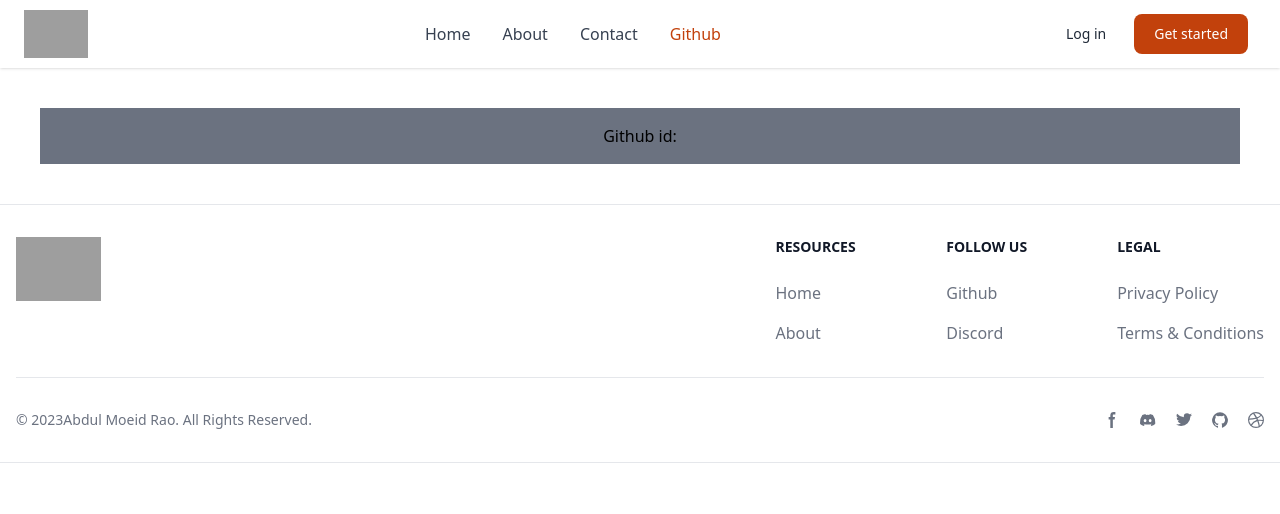
Repository: Abdul-Moeid-Rao/React-Projects
Page: /github (app in 07routerproject/)
The author's editor kept a copy of each file at every save. The page is drawn from the files as they stood at one save, then again after the next save.
The browser window is 1280 px wide. The pictures show the whole page.
Pictures or frames that could not be fetched are drawn as grey boxes. The project was rebuilt for these pictures with package versions that can differ from the ones it lists, and the page was loaded fresh each time. Also part of the build but not shown: 07routerproject/vite.config.js, 07routerproject/src/Components/Home/Home.jsx, 07routerproject/src/Components/About/About.jsx, 07routerproject/src/Components/Contact/Contact.jsx, 07routerproject/src/Components/User/User.jsx.

Above is the page before, as saved 2024-07-18 22:07:57.

### 07routerproject/src/main.jsx
import React from 'react'
import ReactDOM from 'react-dom/client'
import App from './App.jsx'
import './index.css'
import { createBrowserRouter, RouterProvider } from 'react-router-dom'
import Home from './Components/Home/Home.jsx'
import About from './Components/About/About.jsx'
import Contact from './Components/Contact/Contact.jsx'
import User from './Components/User/User.jsx'
import Github from './Components/Github/Github.jsx'

const router = createBrowserRouter([
  {
    path: '/',
    element: <App />,
    children: [
      {
        path: '',
        element: <Home />
      },
      {
        path: 'about',
        element: <About />
      },
      {
        path: 'contact',
        element: <Contact />
      },
      {
        path: 'user/:id',
        element: <User />
      },
      {
        path: '/github',
        element: <Github />
      }
    ]
  }
])

// const router = createBrowserRouter(
//   createRoutesFromElements(
//     <Router path ='/' element={<App />}>
//       <Router path='' element={<Home /> } />
//       <Router path='about' element={<About /> } />
//       <Router path='contact' element={<Contact /> } />

//     </Router>
//   )
// )

ReactDOM.createRoot(document.getElementById('root')).render(
  <React.StrictMode>
   <RouterProvider router={router}/>
  </React.StrictMode>,
)

### 07routerproject/src/App.jsx
// eslint-disable-next-line no-unused-vars
import React from 'react'
import Header from './Components/Header/Header'
import Footer from './Components/Footer/Footer'
import { Outlet } from 'react-router-dom'

function App() {


  return (
    <>
       <Header />
       <Outlet />
       <Footer />

    </>
  )
}

export default App

### 07routerproject/src/Components/Github/Github.jsx
// eslint-disable-next-line no-unused-vars
import React from 'react'

function Github() {
    return (
        <div className=' bg-gray-500 p-4 m-10 justify-center text-center'>Github id:</div>
    )
}

export default Github

### 07routerproject/src/Components/Header/Header.jsx
// eslint-disable-next-line no-unused-vars
import React from 'react'
import {Link, NavLink} from 'react-router-dom'

export default function Header() {
    return (
        <header className="shadow sticky z-50 top-0">
            <nav className="bg-white border-gray-200 px-4 lg:px-6 py-2.5">
                <div className="flex flex-wrap justify-between items-center mx-auto max-w-screen-xl">
                    <Link to="/" className="flex items-center">
                        <img
                            src="https://alexharkness.com/wp-content/uploads/2020/06/logo-2.png"
                            className="mr-3 h-12"
                            alt="Logo"
                        />
                    </Link>
                    <div className="flex items-center lg:order-2">
                        <Link
                            to="#"
                            className="text-gray-800 hover:bg-gray-50 focus:ring-4 focus:ring-gray-300 font-medium rounded-lg text-sm px-4 lg:px-5 py-2 lg:py-2.5 mr-2 focus:outline-none"
                        >
                            Log in
                        </Link>
                        <Link
                            to="#"
                            className="text-white bg-orange-700 hover:bg-orange-800 focus:ring-4 focus:ring-orange-300 font-medium rounded-lg text-sm px-4 lg:px-5 py-2 lg:py-2.5 mr-2 focus:outline-none"
                        >
                            Get started
                        </Link>
                    </div>
                    <div
                        className="hidden justify-between items-center w-full lg:flex lg:w-auto lg:order-1"
                        id="mobile-menu-2"
                    >
                        <ul className="flex flex-col mt-4 font-medium lg:flex-row lg:space-x-8 lg:mt-0">
                            <li>
                                <NavLink
                                    to="/"
                                    className={({ isActive }) =>
                                        `block py-2 pr-4 pl-3 duration-200
                                        ${isActive ?
                                            "text-orange-700" :
                                            "text-gray-700"
                                        } border-b border-gray-100 hover:bg-gray-50 lg:hover:bg-transparent lg:border-0 hover:text-orange-700 lg:p-0`
                                    }
                                >
                                    Home
                                </NavLink>
                            </li>
                            <li>
                                <NavLink
                                    to="/about"
                                    className={({ isActive }) =>
                                        `block py-2 pr-4 pl-3 duration-200
                                        ${isActive ?
                                            "text-orange-700" :
                                            "text-gray-700"
                                        } border-b border-gray-100 hover:bg-gray-50 lg:hover:bg-transparent lg:border-0 hover:text-orange-700 lg:p-0`
                                    }
                                >
                                    About
                                </NavLink>
                            </li>
                            <li>
                                <NavLink
                                    to="/contact"
                                    className={({ isActive }) =>
                                        `block py-2 pr-4 pl-3 duration-200
                                        ${isActive ?
                                            "text-orange-700" :
                                            "text-gray-700"
                                        } border-b border-gray-100 hover:bg-gray-50 lg:hover:bg-transparent lg:border-0 hover:text-orange-700 lg:p-0`
                                    }
                                >
                                    Contact
                                </NavLink>
                            </li>
                            <li>
                                <NavLink
                                    to="/github"
                                    className={({ isActive }) =>
                                        `block py-2 pr-4 pl-3 duration-200
                                        ${isActive ?
                                            "text-orange-700" :
                                            "text-gray-700"
                                        } border-b border-gray-100 hover:bg-gray-50 lg:hover:bg-transparent lg:border-0 hover:text-orange-700 lg:p-0`
                                    }
                                >
                                    Github
                                </NavLink>
                            </li>
                        </ul>
                    </div>
                </div>
            </nav>
        </header>
    );
}

### 07routerproject/src/Components/Footer/Footer.jsx
// eslint-disable-next-line no-unused-vars
import React from 'react'
import {Link} from 'react-router-dom'

export default function Footer() {
    return (
        <footer className="bg-white border-y">
            <div className="mx-auto w-full max-w-screen-xl p-4 py-6 lg:py-8">
                <div className="md:flex md:justify-between">
                    <div className="mb-6 md:mb-0">
                        <Link to="/" className="flex items-center">
                            <img
                                src="https://alexharkness.com/wp-content/uploads/2020/06/logo-2.png"
                                className="mr-3 h-16"
                                alt="Logo"
                            />
                        </Link>
                    </div>
                    <div className="grid grid-cols-2 gap-8 sm:gap-6 sm:grid-cols-3">
                        <div>
                            <h2 className="mb-6 text-sm font-semibold text-gray-900 uppercase">Resources</h2>
                            <ul className="text-gray-500 font-medium">
                                <li className="mb-4">
                                    <Link to="/" className="hover:underline">
                                        Home
                                    </Link>
                                </li>
                                <li>
                                    <Link to="/about" className="hover:underline">
                                        About
                                    </Link>
                                </li>
                            </ul>
                        </div>
                        <div>
                            <h2 className="mb-6 text-sm font-semibold text-gray-900 uppercase">Follow us</h2>
                            <ul className="text-gray-500 font-medium">
                                <li className="mb-4">
                                    <a
                                        href="https://github.com/hiteshchoudhary"
                                        className="hover:underline"
                                        target="_blank"
                                        rel="noreferrer"
                                    >
                                        Github
                                    </a>
                                </li>
                                <li>
                                    <Link to="/" className="hover:underline">
                                        Discord
                                    </Link>
                                </li>
                            </ul>
                        </div>
                        <div>
                            <h2 className="mb-6 text-sm font-semibold text-gray-900 uppercase">Legal</h2>
                            <ul className="text-gray-500 font-medium">
                                <li className="mb-4">
                                    <Link to="#" className="hover:underline">
                                        Privacy Policy
                                    </Link>
                                </li>
                                <li>
                                    <Link to="#" className="hover:underline">
                                        Terms &amp; Conditions
                                    </Link>
                                </li>
                            </ul>
                        </div>
                    </div>
                </div>
                <hr className="my-6 border-gray-200 sm:mx-auto lg:my-8" />
                <div className="sm:flex sm:items-center sm:justify-between">
                    <span className="text-sm text-gray-500 sm:text-center">
                        © 2023
                        <a href="https://abdulmoeidrao.com/" className="hover:underline">
                            Abdul Moeid Rao
                        </a>
                        . All Rights Reserved.
                    </span>
                    <div className="flex mt-4 space-x-5 sm:justify-center sm:mt-0">
                        <Link to="#" className="text-gray-500 hover:text-gray-900">
                            <svg
                                className="w-4 h-4"
                                aria-hidden="true"
                                xmlns="http://www.w3.org/2000/svg"
                                fill="currentColor"
                                viewBox="0 0 8 19"
                            >
                                <path
                                    fillRule="evenodd"
                                    d="M6.135 3H8V0H6.135a4.147 4.147 0 0 0-4.142 4.142V6H0v3h2v9.938h3V9h2.021l.592-3H5V3.591A.6.6 0 0 1 5.592 3h.543Z"
                                    clipRule="evenodd"
                                />
                            </svg>
                            <span className="sr-only">Facebook page</span>
                        </Link>
                        <Link to="#" className="text-gray-500">
                            <svg
                                className="w-4 h-4"
                                aria-hidden="true"
                                xmlns="http://www.w3.org/2000/svg"
                                fill="currentColor"
                                viewBox="0 0 21 16"
                            >
                                <path d="M16.942 1.556a16.3 16.3 0 0 0-4.126-1.3 12.04 12.04 0 0 0-.529 1.1 15.175 15.175 0 0 0-4.573 0 11.585 11.585 0 0 0-.535-1.1 16.274 16.274 0 0 0-4.129 1.3A17.392 17.392 0 0 0 .182 13.218a15.785 15.785 0 0 0 4.963 2.521c.41-.564.773-1.16 1.084-1.785a10.63 10.63 0 0 1-1.706-.83c.143-.106.283-.217.418-.33a11.664 11.664 0 0 0 10.118 0c.137.113.277.224.418.33-.544.328-1.116.606-1.71.832a12.52 12.52 0 0 0 1.084 1.785 16.46 16.46 0 0 0 5.064-2.595 17.286 17.286 0 0 0-2.973-11.59ZM6.678 10.813a1.941 1.941 0 0 1-1.8-2.045 1.93 1.93 0 0 1 1.8-2.047 1.919 1.919 0 0 1 1.8 2.047 1.93 1.93 0 0 1-1.8 2.045Zm6.644 0a1.94 1.94 0 0 1-1.8-2.045 1.93 1.93 0 0 1 1.8-2.047 1.918 1.918 0 0 1 1.8 2.047 1.93 1.93 0 0 1-1.8 2.045Z" />
                            </svg>
                            <span className="sr-only">Discord community</span>
                        </Link>
                        <Link to="#" className="text-gray-500">
                            <svg
                                className="w-4 h-4"
                                aria-hidden="true"
                                xmlns="http://www.w3.org/2000/svg"
                                fill="currentColor"
                                viewBox="0 0 20 17"
                            >
                                <path
                                    fillRule="evenodd"
                                    d="M20 1.892a8.178 8.178 0 0 1-2.355.635 4.074 4.074 0 0 0 1.8-2.235 8.344 8.344 0 0 1-2.605.98A4.13 4.13 0 0 0 13.85 0a4.068 4.068 0 0 0-4.1 4.038 4 4 0 0 0 .105.919A11.705 11.705 0 0 1 1.4.734a4.006 4.006 0 0 0 1.268 5.392 4.165 4.165 0 0 1-1.859-.5v.05A4.057 4.057 0 0 0 4.1 9.635a4.19 4.19 0 0 1-1.856.07 4.108 4.108 0 0 0 3.831 2.807A8.36 8.36 0 0 1 0 14.184 11.732 11.732 0 0 0 6.291 16 11.502 11.502 0 0 0 17.964 4.5c0-.177 0-.35-.012-.523A8.143 8.143 0 0 0 20 1.892Z"
                                    clipRule="evenodd"
                                />
                            </svg>
                            <span className="sr-only">Twitter page</span>
                        </Link>
                        <Link to="#" className="text-gray-500">
                            <svg
                                className="w-4 h-4"
                                aria-hidden="true"
                                xmlns="http://www.w3.org/2000/svg"
                                fill="currentColor"
                                viewBox="0 0 20 20"
                            >
                                <path
                                    fillRule="evenodd"
                                    d="M10 .333A9.911 9.911 0 0 0 6.866 19.65c.5.092.678-.215.678-.477 0-.237-.01-1.017-.014-1.845-2.757.6-3.338-1.169-3.338-1.169a2.627 2.627 0 0 0-1.1-1.451c-.9-.615.07-.6.07-.6a2.084 2.084 0 0 1 1.518 1.021 2.11 2.11 0 0 0 2.884.823c.044-.503.268-.973.63-1.325-2.2-.25-4.516-1.1-4.516-4.9A3.832 3.832 0 0 1 4.7 7.068a3.56 3.56 0 0 1 .095-2.623s.832-.266 2.726 1.016a9.409 9.409 0 0 1 4.962 0c1.89-1.282 2.717-1.016 2.717-1.016.366.83.402 1.768.1 2.623a3.827 3.827 0 0 1 1.02 2.659c0 3.807-2.319 4.644-4.525 4.889a2.366 2.366 0 0 1 .673 1.834c0 1.326-.012 2.394-.012 2.72 0 .263.18.572.681.475A9.911 9.911 0 0 0 10 .333Z"
                                    clipRule="evenodd"
                                />
                            </svg>
                            <span className="sr-only">GitHub account</span>
                        </Link>
                        <Link to="#" className="text-gray-500">
                            <svg
                                className="w-4 h-4"
                                aria-hidden="true"
                                xmlns="http://www.w3.org/2000/svg"
                                fill="currentColor"
                                viewBox="0 0 20 20"
                            >
                                <path
                                    fillRule="evenodd"
                                    d="M10 0a10 10 0 1 0 10 10A10.009 10.009 0 0 0 10 0Zm6.613 4.614a8.523 8.523 0 0 1 1.93 5.32 20.094 20.094 0 0 0-5.949-.274c-.059-.149-.122-.292-.184-.441a23.879 23.879 0 0 0-.566-1.239 11.41 11.41 0 0 0 4.769-3.366ZM8 1.707a8.821 8.821 0 0 1 2-.238 8.5 8.5 0 0 1 5.664 2.152 9.608 9.608 0 0 1-4.476 3.087A45.758 45.758 0 0 0 8 1.707ZM1.642 8.262a8.57 8.57 0 0 1 4.73-5.981A53.998 53.998 0 0 1 9.54 7.222a32.078 32.078 0 0 1-7.9 1.04h.002Zm2.01 7.46a8.51 8.51 0 0 1-2.2-5.707v-.262a31.64 31.64 0 0 0 8.777-1.219c.243.477.477.964.692 1.449-.114.032-.227.067-.336.1a13.569 13.569 0 0 0-6.942 5.636l.009.003ZM10 18.556a8.508 8.508 0 0 1-5.243-1.8 11.717 11.717 0 0 1 6.7-5.332.509.509 0 0 1 .055-.02 35.65 35.65 0 0 1 1.819 6.476 8.476 8.476 0 0 1-3.331.676Zm4.772-1.462A37.232 37.232 0 0 0 13.113 11a12.513 12.513 0 0 1 5.321.364 8.56 8.56 0 0 1-3.66 5.73h-.002Z"
                                    clipRule="evenodd"
                                />
                            </svg>
                            <span className="sr-only">Dribbble account</span>
                        </Link>
                    </div>
                </div>
            </div>
        </footer>
    );
}

Loaded but not shown: 07routerproject/index.html (common file); 07routerproject/src/index.css (common file); 07routerproject/tailwind.config.js (common file)

After the next save:
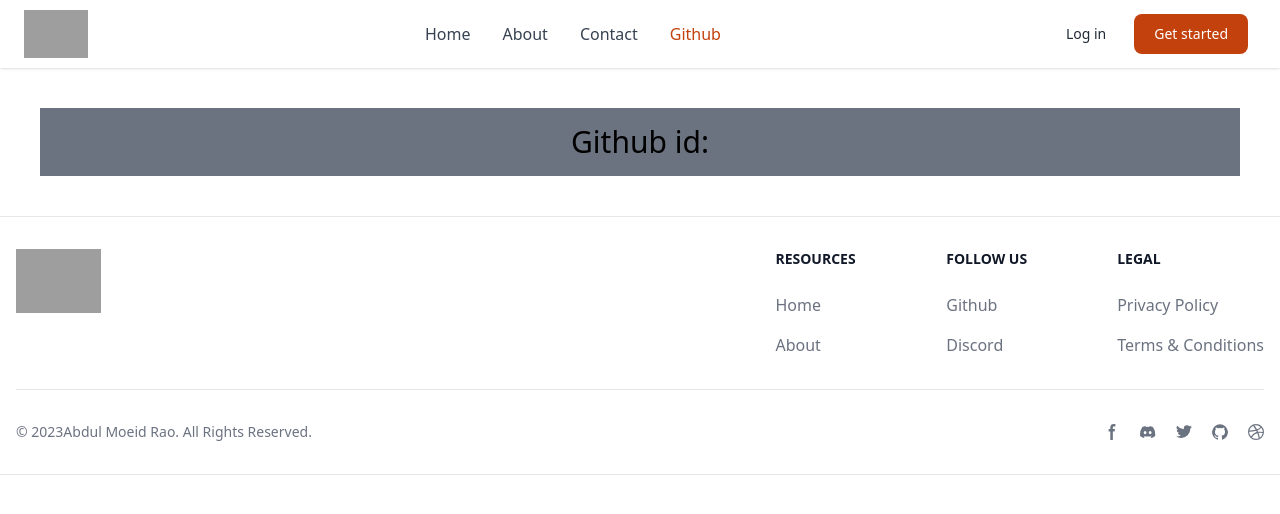
Saved 22 s later.
--- a/07routerproject/src/Components/Github/Github.jsx
+++ b/07routerproject/src/Components/Github/Github.jsx
@@ -3,7 +3,7 @@ import React from 'react'
 
 function Github() {
     return (
-        <div className=' bg-gray-500 p-4 m-10 justify-center text-center'>Github id:</div>
+        <div className=' bg-gray-500 p-4 m-10 justify-center text-center text-3xl'>Github id:</div>
     )
 }
 
